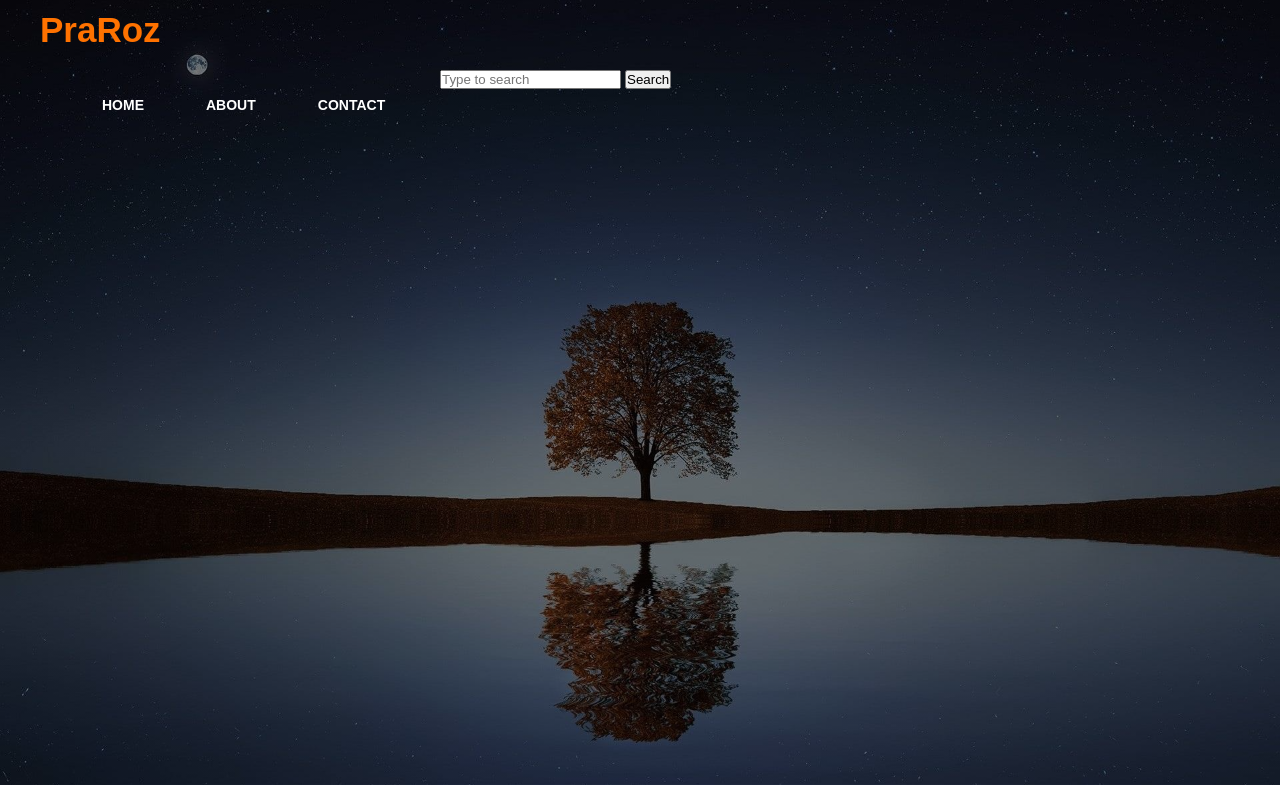
Repository: Cedrqmwesigwa/web-design-course
Page: index.html
These files come from the project's save history. The page is drawn as it stood at one moment and after the next save; the edit follows.
The browser window is 1280 px wide. The pictures show the whole page.

Above is the page before, as saved 2024-04-03 19:52:23.

### index.html
<!DOCTYPE html>
<html lang="en">
<head>
    <title>My Website</title>
    <link rel="stylesheet" href="style.css"/>
</head>
<body>
    <div class="main">
        <div class="navbar">
            <div class="icon">
                <h2 class="logo">PraRoz</h2>
            </div>
            <div class="menu">
                <ul>
                    <li><a href="#">HOME</a></li>
                    <li><a href="#">ABOUT</a></li>
                    <li><a href="#">CONTACT</a></li>
                </ul>
            </div>
            <div class="search">
                <input type="search" class="srch" name="" placeholder="Type to search">
                <a href="#"><button class="btn">Search</button></a>
            </i></div>
        </div>
    </div>


</body>
</html>

### style.css
*{
    margin: 0;
    padding: 0;
}

.main{
    width: 100% ;
    background: linear-gradient(to top, rgba(0,0,0,0.5)50%, rgba(0, 0, 0, 0.5)50%), url(1.jpg);
    background-position: center;
    background-size: cover;
    height: 109vh;
}

.navbar{
    width: 1200px;
    height: 75px;
    margin:  auto;
}

.icon{
    width: 200px;
    font: left;
    height: 70px;
}

.logo {
    color: #ff7200;
    font-size: 35px;
    font-family: Arial;
    float: left;
    padding-top: 10px;
}

.menu{
    width: 400px;
    float: left;
    height: 70px;
}

ul{
    float: left;
    display: flex;
    justify-content: center;
    align-items: center;
}

ul li{
    list-style: none;
    margin-left: 62px;
    margin-top: 27px;
    font-size: 14px;
}

ul li a{
    text-decoration: none;
    color: white;
    font-family: Arial;
    font-weight: bold;
    transition: .4 ease-in-out;
}

ul li a:hover{
    color:#ff7200
}

search{
    width: 330px;
    float: left;
    margin-left: 270px;
}

After the next save:
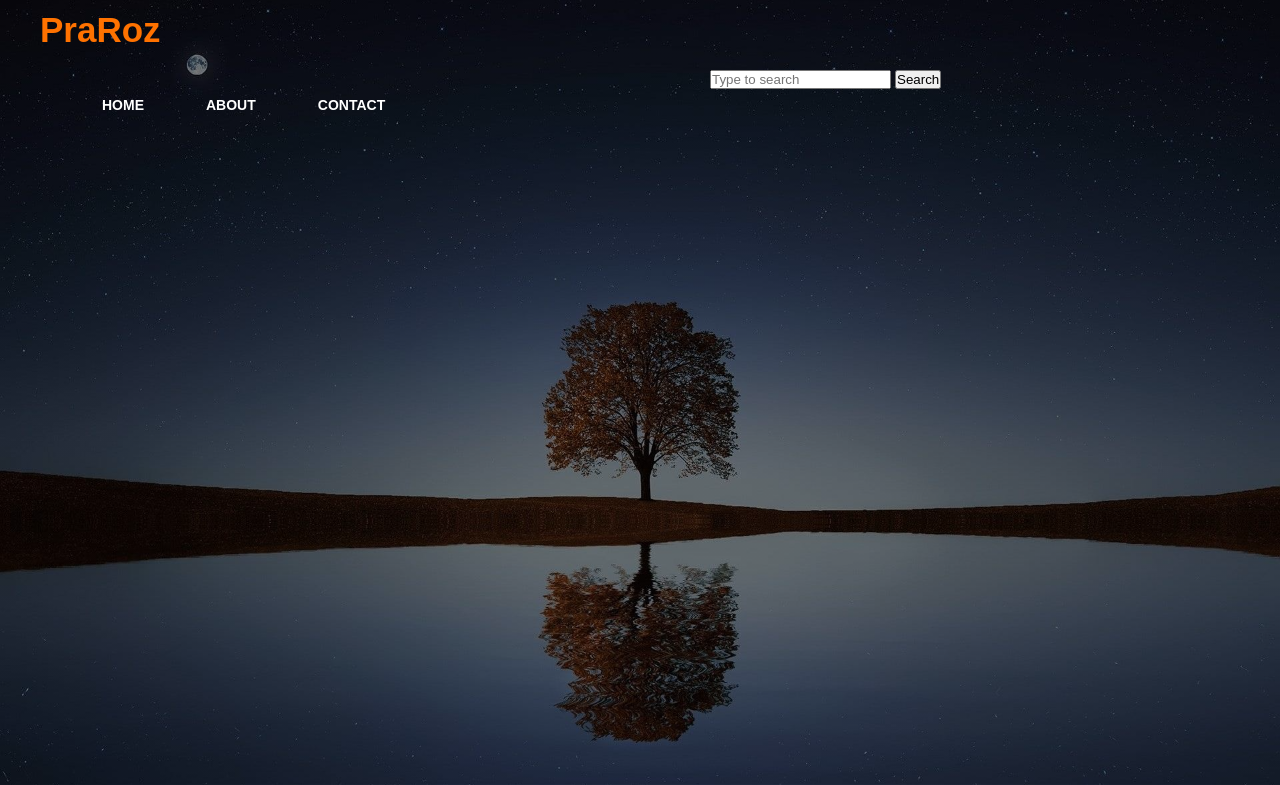
Saved 10 s later.
--- a/style.css
+++ b/style.css
@@ -63,7 +63,7 @@ ul li a:hover{
     color:#ff7200
 }
 
-search{
+.search{
     width: 330px;
     float: left;
     margin-left: 270px;
